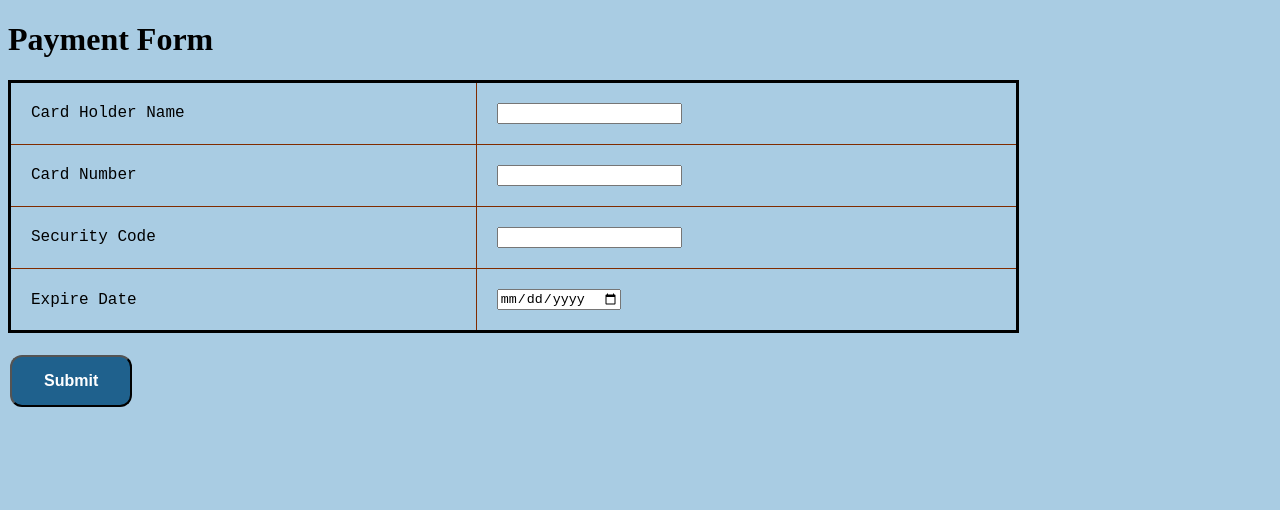
Repository: sandeepa9803/OOP---Online-Travel-web-application
Page: http://localhost/PaymentNew/paymentInfo.jsp
These files come from the project's save history. The page is drawn as it stood at one moment and after the next save; the edit follows.
The browser window is 1280 px wide. The pictures show the whole page.
The page is served by Tomcat 9.

Above is the page before, as saved 2021-10-11 18:01:07.

After the next save:
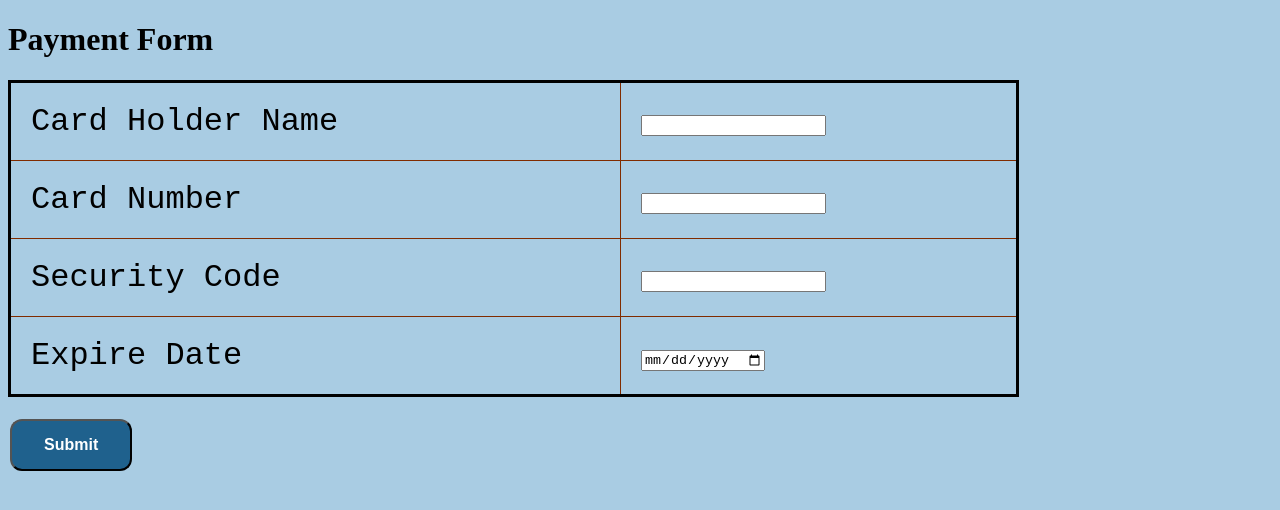
Saved 15 s later.
--- a/PaymentNew/WebContent/paymentInfo.jsp
+++ b/PaymentNew/WebContent/paymentInfo.jsp
@@ -49,7 +49,7 @@ background-color:#A9CCE3  }
 table{
    border:solid black ;
    font-family:"Courier New", Courier, monospace;
-    font-size:100%;
+    font-size:200%;
 }
 
 
